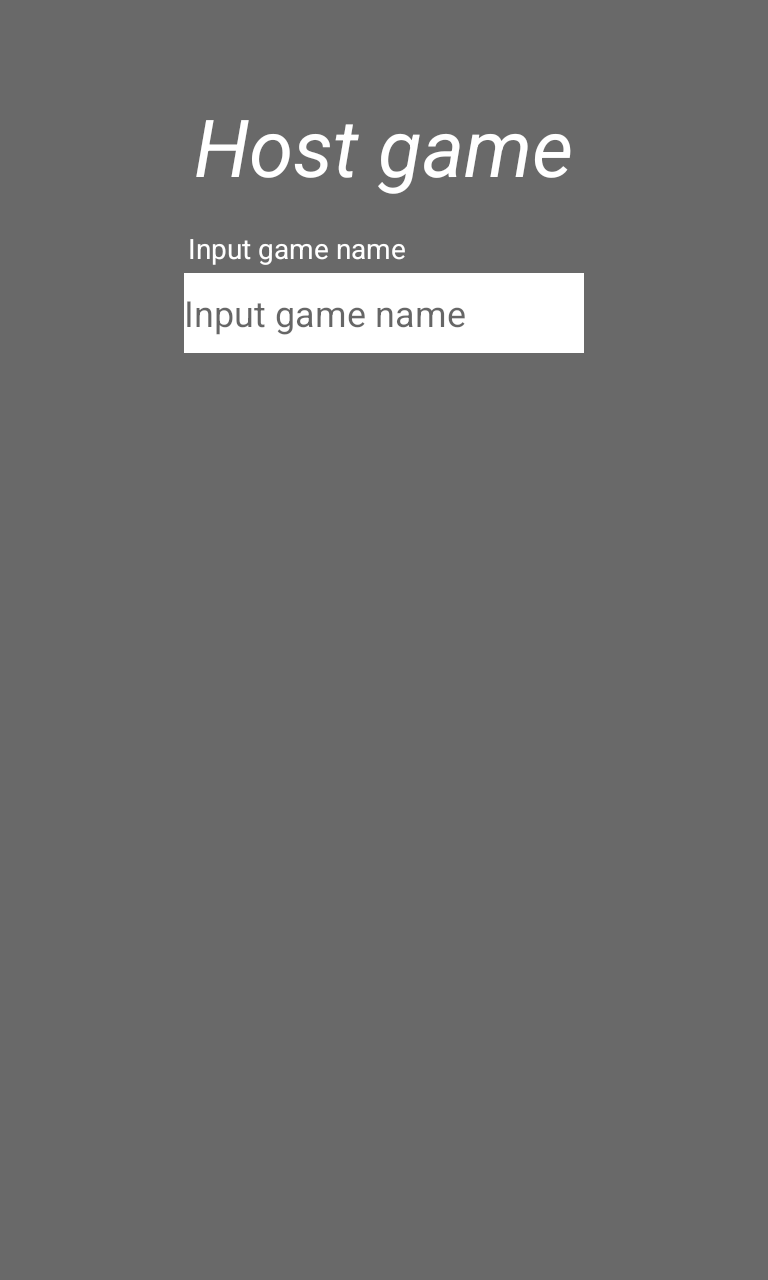
Repository: Hannanina/GuessTag
Layout: GuessTag/res/layout/activity_host.xml
An editor plug-in stored every save of this project. The layout is shown before and after the next save, followed by the edit.
It is drawn on a 768 x 1280 px phone screen (xhdpi) without system bars, with theme AppTheme; the app's code is not run.

Above is the layout before, as saved 2014-12-08 10:40:36.

### GuessTag/res/layout/activity_host.xml
<LinearLayout xmlns:android="http://schemas.android.com/apk/res/android"
    xmlns:tools="http://schemas.android.com/tools"
    android:layout_width="match_parent"
    android:layout_height="match_parent"
    android:paddingBottom="@dimen/activity_vertical_margin"
    android:paddingLeft="@dimen/activity_horizontal_margin"
    android:paddingRight="@dimen/activity_horizontal_margin"
    android:paddingTop="@dimen/activity_vertical_margin"
    android:orientation="vertical"
    android:background="@color/DimGray"
    tools:context="com.example.guesstag.HostActivity" >

    <TextView
        android:id="@+id/host_heading"
        android:layout_marginTop="30dp"
        android:layout_marginBottom="15dp"
        android:layout_width="wrap_content"
	    android:layout_height="wrap_content"
	    android:layout_gravity="center"
	    android:text="@string/host_heading"
	    android:textStyle="italic"
	    android:textSize="40sp"
	    android:textColor="@color/White">
    </TextView>

    <LinearLayout
        android:id="@+id/input_container"
        android:orientation="vertical"
        android:layout_width="200dp"
        android:layout_height="96dp"
        android:layout_gravity="center" >
   		<TextView
        	android:id="@+id/game_name_instruction"
        	android:layout_width="wrap_content"
	    	android:layout_height="wrap_content"
	    	android:layout_marginLeft="2dp"
	    	android:layout_marginBottom="3dp"
	    	android:text="@string/game_name_instruction"
	    	android:textColor="@color/White">
    	</TextView>

    	<EditText
        	android:id="@+id/input_game_name"
        	android:layout_width="match_parent"
        	android:layout_height="40dp"
        	android:layout_gravity="center"
        	android:background="@color/White"
        	android:hint="@string/input_game_name" >

    	</EditText>
    </LinearLayout>
    </LinearLayout>
    <LinearLayout
        android:id="@+id/difficulty_container"
        android:orientation="vertical"
        android:layout_width="280dp"
        android:layout_height="96dp"
        android:layout_gravity="center" >

        <TextView
        	android:id="@+id/difficulty_setting_instruction"
        	android:layout_width="wrap_content"
	    	android:layout_height="wrap_content"
	    	android:layout_marginLeft="2dp"
	    	android:layout_marginBottom="3dp"
	    	android:text="@string/difficulty_setting_instruction"
	    	android:textColor="@color/White">
    	</TextView>

        <SeekBar
            android:layout_width="match_parent"
            android:layout_height="wrap_content" >
        </SeekBar>
    </LinearLayout>

    <Button
	    android:id="@+id/button_create"
	    android:layout_width="200dp"
	    android:layout_height="48dp"
	    android:layout_gravity="bottom|center"
	    android:text="@string/button_create"
	    android:onClick="onClickCreate" >
	</Button>

    <Button
	    android:id="@+id/button_back"
	    android:layout_width="200dp"
	    android:layout_height="48dp"
	    android:layout_gravity="bottom|center"
	    android:text="@string/button_back"
	    android:onClick="onClickBack" >
	</Button>

</LinearLayout>

### GuessTag/res/values/colors.xml
<?xml version="1.0" encoding="utf-8"?>
<resources>
 <color name="white">#FFFFFF</color>
 <color name="yellow">#FFFF00</color>
 <color name="fuchsia">#FF00FF</color>
 <color name="red">#FF0000</color>
 <color name="silver">#C0C0C0</color>
 <color name="gray">#808080</color>
 <color name="olive">#808000</color>
 <color name="purple">#800080</color>
 <color name="maroon">#800000</color>
 <color name="aqua">#00FFFF</color>
 <color name="lime">#00FF00</color>
 <color name="teal">#008080</color>
 <color name="green">#008000</color>
 <color name="blue">#0000FF</color>
 <color name="navy">#000080</color>
 <color name="black">#000000</color>


 <color name="White">#FFFFFF</color>
 <color name="Ivory">#FFFFF0</color>
 <color name="LightYellow">#FFFFE0</color>
 <color name="Yellow">#FFFF00</color>
 <color name="Snow">#FFFAFA</color>
 <color name="FloralWhite">#FFFAF0</color>
 <color name="LemonChiffon">#FFFACD</color>
 <color name="Cornsilk">#FFF8DC</color>
 <color name="Seashell">#FFF5EE</color>
 <color name="LavenderBlush">#FFF0F5</color>
 <color name="PapayaWhip">#FFEFD5</color>
 <color name="BlanchedAlmond">#FFEBCD</color>
 <color name="MistyRose">#FFE4E1</color>
 <color name="Bisque">#FFE4C4</color>
 <color name="Moccasin">#FFE4B5</color>
 <color name="NavajoWhite">#FFDEAD</color>
 <color name="PeachPuff">#FFDAB9</color>
 <color name="Gold">#FFD700</color>
 <color name="Pink">#FFC0CB</color>
 <color name="LightPink">#FFB6C1</color>
 <color name="Orange">#FFA500</color>
 <color name="LightSalmon">#FFA07A</color>
 <color name="DarkOrange">#FF8C00</color>
 <color name="Coral">#FF7F50</color>
 <color name="HotPink">#FF69B4</color>
 <color name="Tomato">#FF6347</color>
 <color name="OrangeRed">#FF4500</color>
 <color name="DeepPink">#FF1493</color>
 <color name="Fuchsia">#FF00FF</color>
 <color name="Magenta">#FF00FF</color>
 <color name="Red">#FF0000</color>
 <color name="OldLace">#FDF5E6</color>
 <color name="LightGoldenrodYellow">#FAFAD2</color>
 <color name="Linen">#FAF0E6</color>
 <color name="AntiqueWhite">#FAEBD7</color>
 <color name="Salmon">#FA8072</color>
 <color name="GhostWhite">#F8F8FF</color>
 <color name="MintCream">#F5FFFA</color>
 <color name="WhiteSmoke">#F5F5F5</color>
 <color name="Beige">#F5F5DC</color>
 <color name="Wheat">#F5DEB3</color>
 <color name="SandyBrown">#F4A460</color>
 <color name="Azure">#F0FFFF</color>
 <color name="Honeydew">#F0FFF0</color>
 <color name="AliceBlue">#F0F8FF</color>
 <color name="Khaki">#F0E68C</color>
 <color name="LightCoral">#F08080</color>
 <color name="PaleGoldenrod">#EEE8AA</color>
 <color name="Violet">#EE82EE</color>
 <color name="DarkSalmon">#E9967A</color>
 <color name="Lavender">#E6E6FA</color>
 <color name="LightCyan">#E0FFFF</color>
 <color name="BurlyWood">#DEB887</color>
 <color name="Plum">#DDA0DD</color>
 <color name="Gainsboro">#DCDCDC</color>
 <color name="Crimson">#DC143C</color>
 <color name="PaleVioletRed">#DB7093</color>
 <color name="Goldenrod">#DAA520</color>
 <color name="Orchid">#DA70D6</color>
 <color name="Thistle">#D8BFD8</color>
 <color name="LightGrey">#D3D3D3</color>
 <color name="Tan">#D2B48C</color>
 <color name="Chocolate">#D2691E</color>
 <color name="Peru">#CD853F</color>
 <color name="IndianRed">#CD5C5C</color>
 <color name="MediumVioletRed">#C71585</color>
 <color name="Silver">#C0C0C0</color>
 <color name="DarkKhaki">#BDB76B</color>
 <color name="RosyBrown">#BC8F8F</color>
 <color name="MediumOrchid">#BA55D3</color>
 <color name="DarkGoldenrod">#B8860B</color>
 <color name="FireBrick">#B22222</color>
 <color name="PowderBlue">#B0E0E6</color>
 <color name="LightSteelBlue">#B0C4DE</color>
 <color name="PaleTurquoise">#AFEEEE</color>
 <color name="GreenYellow">#ADFF2F</color>
 <color name="LightBlue">#ADD8E6</color>
 <color name="DarkGray">#A9A9A9</color>
 <color name="Brown">#A52A2A</color>
 <color name="Sienna">#A0522D</color>
 <color name="YellowGreen">#9ACD32</color>
 <color name="DarkOrchid">#9932CC</color>
 <color name="PaleGreen">#98FB98</color>
 <color name="DarkViolet">#9400D3</color>
 <color name="MediumPurple">#9370DB</color>
 <color name="LightGreen">#90EE90</color>
 <color name="DarkSeaGreen">#8FBC8F</color>
 <color name="SaddleBrown">#8B4513</color>
 <color name="DarkMagenta">#8B008B</color>
 <color name="DarkRed">#8B0000</color>
 <color name="BlueViolet">#8A2BE2</color>
 <color name="LightSkyBlue">#87CEFA</color>
 <color name="SkyBlue">#87CEEB</color>
 <color name="Gray">#808080</color>
 <color name="Olive">#808000</color>
 <color name="Purple">#800080</color>
 <color name="Maroon">#800000</color>
 <color name="Aquamarine">#7FFFD4</color>
 <color name="Chartreuse">#7FFF00</color>
 <color name="LawnGreen">#7CFC00</color>
 <color name="MediumSlateBlue">#7B68EE</color>
 <color name="LightSlateGray">#778899</color>
 <color name="SlateGray">#708090</color>
 <color name="OliveDrab">#6B8E23</color>
 <color name="SlateBlue">#6A5ACD</color>
 <color name="DimGray">#696969</color>
 <color name="MediumAquamarine">#66CDAA</color>
 <color name="CornflowerBlue">#6495ED</color>
 <color name="CadetBlue">#5F9EA0</color>
 <color name="DarkOliveGreen">#556B2F</color>
 <color name="Indigo">#4B0082</color>
 <color name="MediumTurquoise">#48D1CC</color>
 <color name="DarkSlateBlue">#483D8B</color>
 <color name="SteelBlue">#4682B4</color>
 <color name="RoyalBlue">#4169E1</color>
 <color name="Turquoise">#40E0D0</color>
 <color name="MediumSeaGreen">#3CB371</color>
 <color name="LimeGreen">#32CD32</color>
 <color name="DarkSlateGray">#2F4F4F</color>
 <color name="SeaGreen">#2E8B57</color>
 <color name="ForestGreen">#228B22</color>
 <color name="LightSeaGreen">#20B2AA</color>
 <color name="DodgerBlue">#1E90FF</color>
 <color name="MidnightBlue">#191970</color>
 <color name="Aqua">#00FFFF</color>
 <color name="Cyan">#00FFFF</color>
 <color name="SpringGreen">#00FF7F</color>
 <color name="Lime">#00FF00</color>
 <color name="MediumSpringGreen">#00FA9A</color>
 <color name="DarkTurquoise">#00CED1</color>
 <color name="DeepSkyBlue">#00BFFF</color>
 <color name="DarkCyan">#008B8B</color>
 <color name="Teal">#008080</color>
 <color name="Green">#008000</color>
 <color name="DarkGreen">#006400</color>
 <color name="Blue">#0000FF</color>
 <color name="MediumBlue">#0000CD</color>
 <color name="DarkBlue">#00008B</color>
 <color name="Navy">#000080</color>
 <color name="Black">#000000</color>
</resources>

### GuessTag/res/values/strings.xml
<?xml version="1.0" encoding="utf-8"?>
<resources>

    <string name="app_name">guess#</string>
    <string name="hello_world">Hello world!</string>
    <string name="action_settings">Settings</string>

    <!-- BACK BUTTON -->
    <string name="button_back">Back</string>

    <!-- START ACTIVITY -->
    <string name="start_heading">guess#</string>
    <string name="button_start">Start new game</string>
    <string name="button_highscore">Highscore</string>
    <string name="button_rules">Rules</string>
    <string name="title_activity_rules">RulesActivity</string>

    <!-- RULES ACTIVITY -->
    <string name="rules_heading">Rules</string>
    <string name="rules_text">Lorem ipsum dolor sit amet, consectetuer adipiscing elit, sed diam nonummy nibh euismod tincidunt ut laoreet dolore magna aliquam erat volutpat. Ut wisi enim ad minim veniam, quis nostrud exerci tation ullamcorper suscipit lobortis nisl ut aliquip ex ea commodo consequat. Duis autem vel eum iriure dolor in hendrerit in vulputate velit esse molestie consequat, vel illum dolore eu feugiat nulla facilisis at vero eros et accumsan et iusto odio dignissim qui blandit praesent luptatum zzril delenit augue duis dolore te feugait nulla facilisi. Nam liber tempor cum soluta nobis eleifend option congue nihil imperdiet doming id quod mazim placerat facer possim assum. Typi non habent claritatem insitam; est usus legentis in iis qui facit eorum claritatem. Investigationes demonstraverunt lectores legere me lius quod ii legunt saepius. Claritas est etiam processus dynamicus, qui sequitur mutationem consuetudium lectorum. Mirum est notare quam littera gothica, quam nunc putamus parum claram, anteposuerit litterarum formas humanitatis per seacula quarta decima et quinta decima. Eodem modo typi, qui nunc nobis videntur parum clari, fiant sollemnes in futurum.</string>

    <!-- NEW ACTIVITY -->
    <string name="new_heading">Start new game</string>
    <string name="button_host">Host game</string>
    <string name="button_join">Join game</string>

    <!-- HOST ACTIVITY -->
    <string name="host_heading">Host game</string>
    <string name="game_name_instruction">Input game name</string>
    <string name="difficulty_setting_instruction">Set difficulty</string>
    <string name="input_game_name">Input game name</string>
    <string name="button_create">Create game</string>

    <!-- INPUT TAG ACTIVITY -->
    <string name="title_activity_input_tag">InputTagActivity</string>
    <string name="title_activity_select_tagger">SelectTaggerActivity</string>

    <!-- TIMER ACTIVITY -->
    <string name="title_activity_timer">TimerActivity</string>
    <string name="title_activity_host">HostActivity</string>

</resources>

Loaded but not shown: GuessTag/res/values/styles.xml (common file); GuessTag/res/values-v11/styles.xml (common file); GuessTag/res/values-v14/styles.xml (common file); GuessTag/res/values/dimens.xml (common file); GuessTag/res/values-w820dp/dimens.xml (common file)

After the next save:
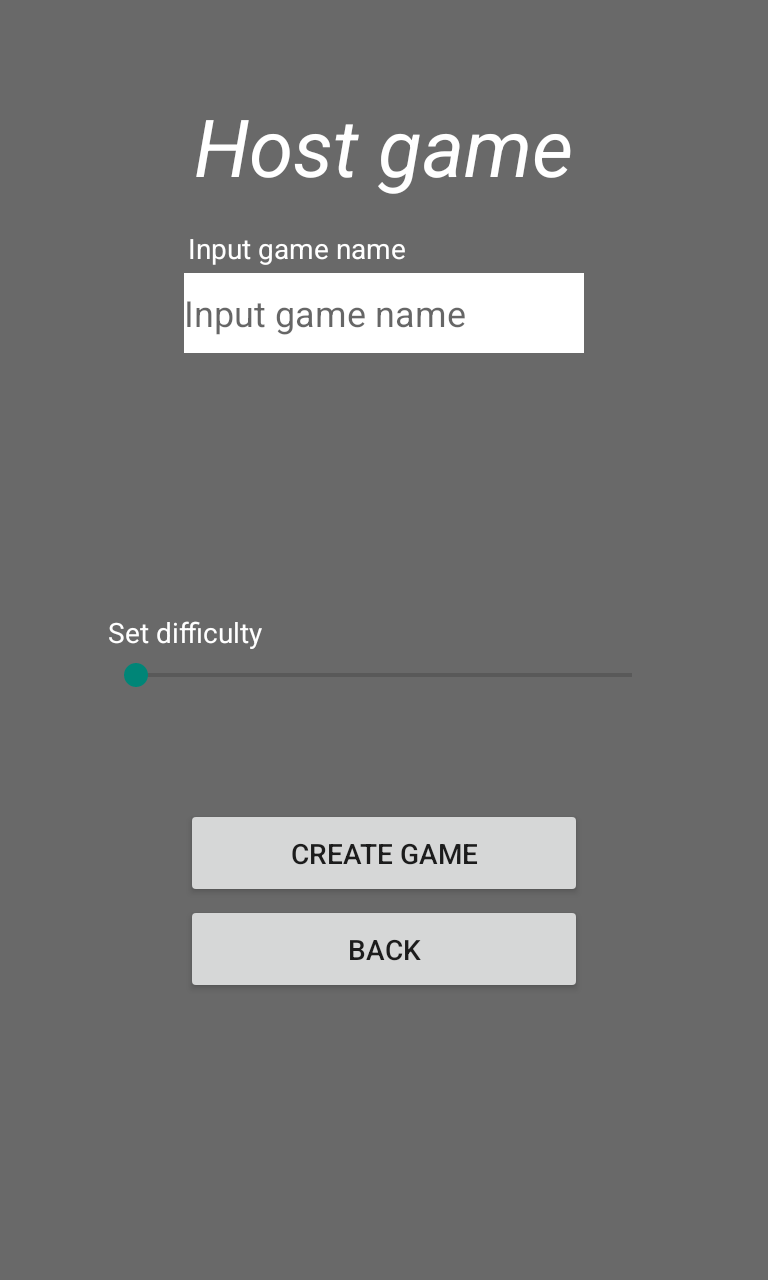
Saved 7 s later.
--- a/GuessTag/res/layout/activity_host.xml
+++ b/GuessTag/res/layout/activity_host.xml
@@ -49,6 +49,12 @@
 
     	</EditText>
     </LinearLayout>
+    <LinearLayout
+        android:id="@+id/difficulty_container"
+        android:orientation="vertical"
+        android:layout_width="280dp"
+        android:layout_height="96dp"
+        android:layout_gravity="center" >
     </LinearLayout>
     <LinearLayout
         android:id="@+id/difficulty_container"
